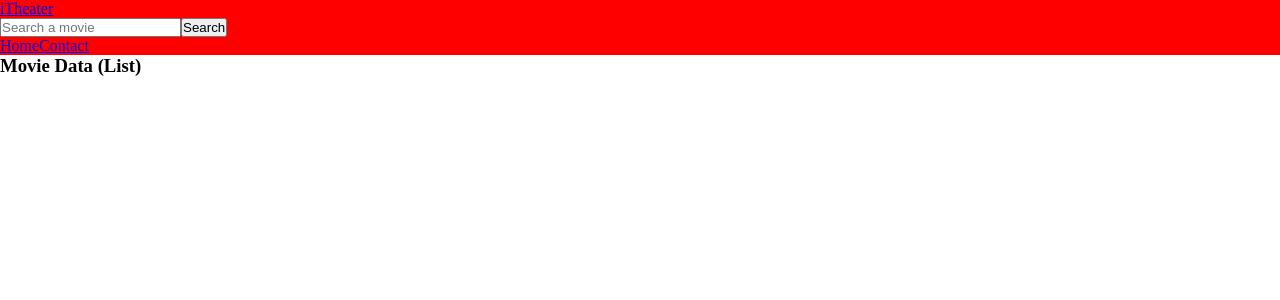
Repository: just-mann/itheater
Page: /
An editor plug-in stored every save of this project. The page is shown before and after the next save, followed by the edit.
The browser window is 1280 px wide. The pictures show the whole page.
The page's requests for data from a server got no answer. The project was rebuilt for these pictures with package versions that can differ from the ones it lists, and the page was loaded fresh each time. No one was signed in, and anything a server would have sent is missing. Also part of the build but not shown: src/components/Contact.js, src/components/MovieDetail.js.

Above is the page before, as saved 2021-07-16 02:57:21.

### public/index.html
<!DOCTYPE html>
<html lang="en">
  <head>
    <meta charset="utf-8" />
    <link rel="icon" href="%PUBLIC_URL%/favicon.ico" />
    <meta name="viewport" content="width=device-width, initial-scale=1" />
    <meta name="theme-color" content="#000000" />
    <meta
      name="description"
      content="Web site created using create-react-app"
    />
    <link rel="apple-touch-icon" href="%PUBLIC_URL%/logo192.png" />
    <!--
      manifest.json provides metadata used when your web app is installed on a
      user's mobile device or desktop. See https://developers.google.com/web/fundamentals/web-app-manifest/
    -->
    <link rel="manifest" href="%PUBLIC_URL%/manifest.json" />
    <!--
      Notice the use of %PUBLIC_URL% in the tags above.
      It will be replaced with the URL of the `public` folder during the build.
      Only files inside the `public` folder can be referenced from the HTML.

      Unlike "/favicon.ico" or "favicon.ico", "%PUBLIC_URL%/favicon.ico" will
      work correctly both with client-side routing and a non-root public URL.
      Learn how to configure a non-root public URL by running `npm run build`.
    -->
    <title>iTheater | Learn More About Your Favorite Movies / TV Shows</title>
  </head>
  <body>
    <noscript>You need to enable JavaScript to run this app.</noscript>
    <div id="root"></div>
    <!--
      This HTML file is a template.
      If you open it directly in the browser, you will see an empty page.

      You can add webfonts, meta tags, or analytics to this file.
      The build step will place the bundled scripts into the <body> tag.

      To begin the development, run `npm start` or `yarn start`.
      To create a production bundle, use `npm run build` or `yarn build`.
    -->
  </body>
</html>

### src/index.js
import React from 'react';
import ReactDOM from 'react-dom';
import './styles/style.css';
import App from './App';
import reportWebVitals from './reportWebVitals';

ReactDOM.render(
  <React.StrictMode>
    <App />
  </React.StrictMode>,
  document.getElementById('root')
);

// If you want to start measuring performance in your app, pass a function
// to log results (for example: reportWebVitals(console.log))
// or send to an analytics endpoint. Learn more: https://bit.ly/CRA-vitals
reportWebVitals();

### src/styles/style.css
* {
  padding: 0;
  margin: 0;
  box-sizing: border-box;
}

html {
  scroll-behavior: smooth;
}

.Header {
  background: red;
}/*# sourceMappingURL=style_20210716024019.css.map */

### src/App.js
import React from 'react';
import MovieContextProvider from './contexts/MovieContext';
import {BrowserRouter as Router, Switch, Route} from 'react-router-dom';
import Contact from './components/Contact';
import MovieDetail from './components/MovieDetail';
import ShowList from './components/ShowList';

const App = () => {
  return (
    <div className="App">
        <MovieContextProvider>
        <Router>
          <Switch>
            <Route exact path='/'>
              <ShowList />
            </Route>
            <Route exact path='/contact'>
              <Contact />
            </Route>
            <Route exact path='/:id'>
              <MovieDetail />
            </Route>
          </Switch>
        </Router>
        </MovieContextProvider>
    </div>
  );
}

export default App;

### src/contexts/MovieContext.js
import React, {useState, useEffect, createContext} from 'react';

export const movieContext = createContext();

const MovieContextProvider = (props) => {

    const [movie, setMovie] = useState('Smooth');

    // Data to be displayed...
    const [data, setData] = useState([])

    // Function to enter movie or show name
    const EnterShow = (show) => {
        setMovie(show);
    }

    useEffect(() => {
        fetch(`http://www.omdbapi.com/?s=${movie}&apikey=2c0bfe2d`)
            .then(res => res.json())
            .then(data => {
                setData(data.Search)
                console.log(data.Search)
            })
            .catch(err => console.log(err))
    }, [movie])

    return (
        <movieContext.Provider value={{movie, data, EnterShow}}>
            {data && props.children}
        </movieContext.Provider>
    )
}

export default MovieContextProvider;

### src/components/ShowList.js
import React, {useContext} from 'react';
import { movieContext } from '../contexts/MovieContext';
import Header from './Header';


const ShowList = () => {

    const {data} = useContext(movieContext);

    // const [myData, setMyData] = useState({});

    return (
        <div className="ShowList">
            <Header />
            <h3>Movie Data (List)</h3>
            <div>
                {data.map(myData => {
                    return(
                        <div key={myData.imdbID} className="showCard">
                            <img src={myData.Poster} alt={myData.Title} />
                            <div>
                                <h3>{myData.Title}</h3>
                            </div>
                        </div>
                    )
                })}
            </div>
        </div>
    )
}

export default ShowList;

### src/components/Header.js
import React from 'react';
import {Link} from 'react-router-dom';
import Search from './Search';

const Header = () => {
    return (
        <div className="Header">
            <Link to='/'>iTheater</Link>
            <Search />
            <div className="links">
                <Link to='/'>Home</Link>
                <Link to="/contact">Contact</Link>
            </div>
        </div>
    )
}

export default Header;

### src/components/Search.js
import React, {useState, useContext} from 'react';
import { useHistory } from 'react-router';
import {movieContext} from '../contexts/MovieContext';

const Search = () => {

    const history = useHistory();

    const {EnterShow} = useContext(movieContext)

    const [newSearch, setNewSearch] = useState('');

    const handleChange = (e) => {
        setNewSearch(e.target.value);
    }

    // const reDirect = () => {
    //     let path = '/';
    //     let history = useHistory();
    //     history.push(path);
    // }

    const handleSubmit = (e) => {
        e.preventDefault();
        EnterShow(newSearch);
        setNewSearch('');
        history.push('/')
    }

    return (
        <div className="Search">
            <form onSubmit={handleSubmit}>
                <input type='search' value={newSearch} placeholder='Search a movie' onChange={handleChange}/>
                <button>Search</button>
            </form>
        </div>
    )
}

export default Search;

Loaded but not shown: src/reportWebVitals.js (common file)

After the next save:
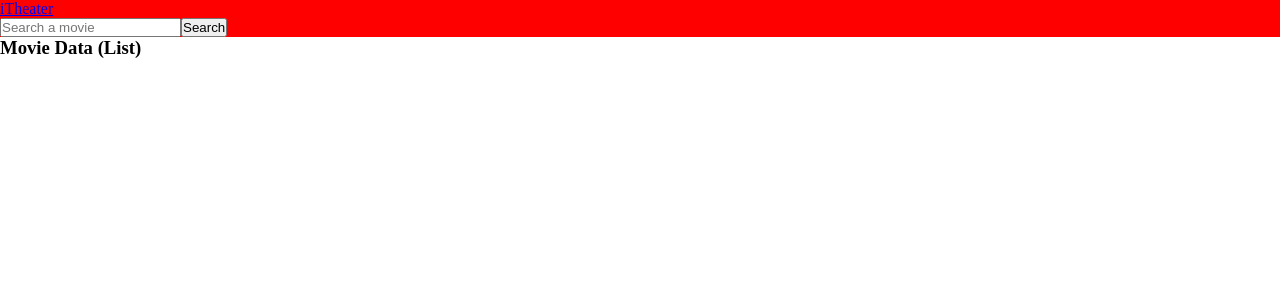
Saved 17 s later.
--- a/src/components/Header.js
+++ b/src/components/Header.js
@@ -7,10 +7,6 @@ const Header = () => {
         <div className="Header">
             <Link to='/'>iTheater</Link>
             <Search />
-            <div className="links">
-                <Link to='/'>Home</Link>
-                <Link to="/contact">Contact</Link>
-            </div>
         </div>
     )
 }
